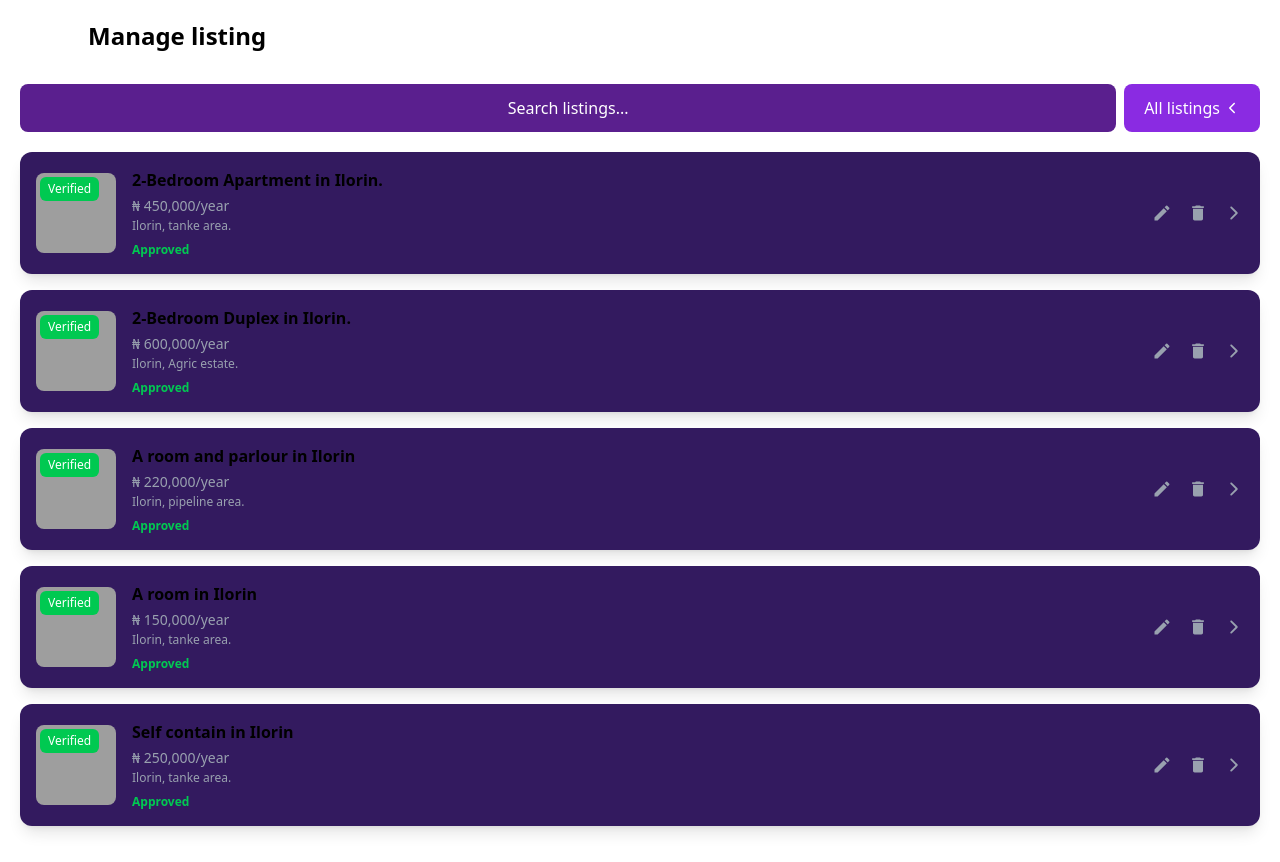
Repository: Em-driod/spotify-clone
Page: /Manage
These files come from the project's save history. The page is drawn as it stood at one moment and after the next save; the edit follows.
The browser window is 1280 px wide. The pictures show the whole page.
Pictures or frames that could not be fetched are drawn as grey boxes. The project was rebuilt for these pictures with package versions that can differ from the ones it lists, and the page was loaded fresh each time. Also part of the build but not shown: vite.config.ts, src/pages/veryify.tsx, src/pages/LandingPage.tsx, src/pages/Back.tsx, src/pages/Change.tsx, src/pages/onboard.tsx, src/pages/Skips.tsx, src/pages/Otp.tsx and 6 more.

Above is the page before, as saved 2025-07-09 16:05:55.

After the next save:
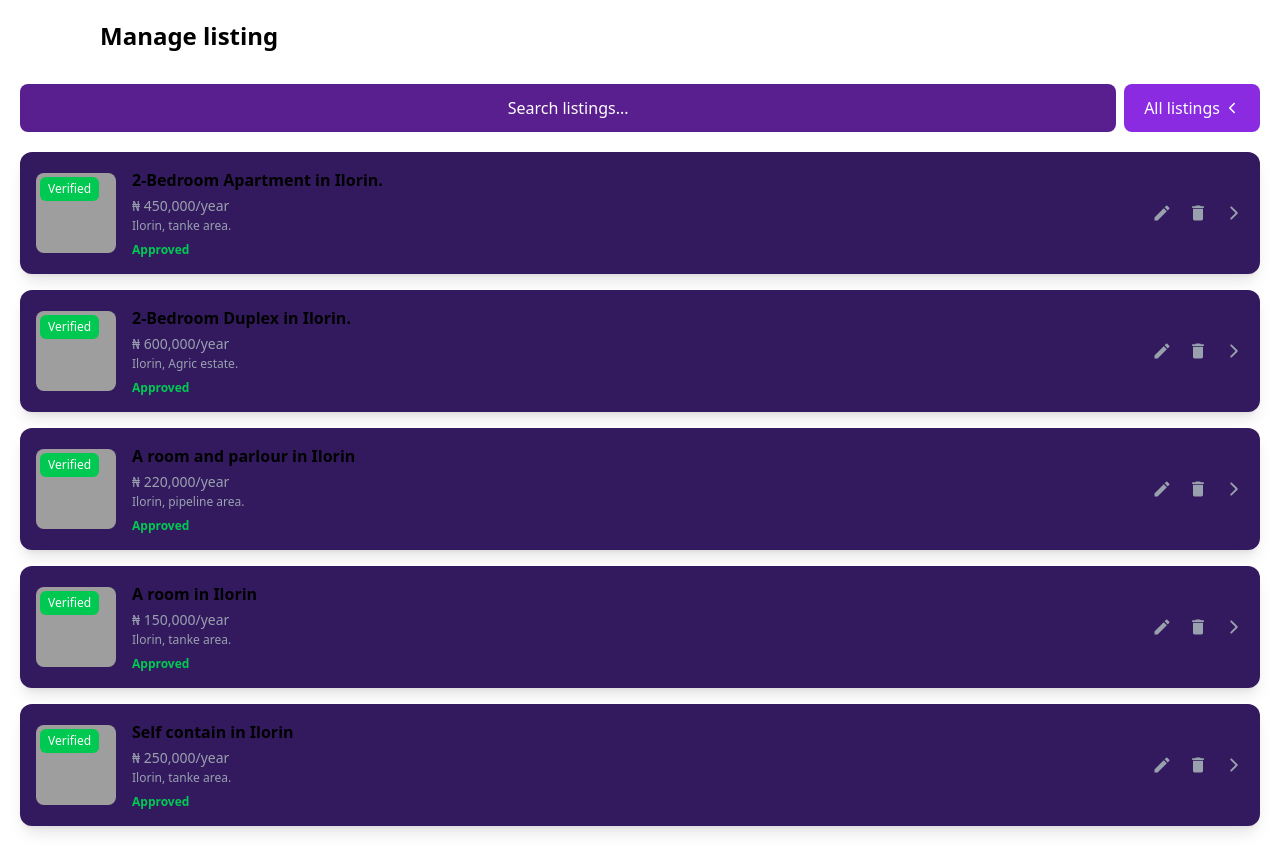
Saved 22 s later.
--- a/src/pages/Manage.tsx
+++ b/src/pages/Manage.tsx
@@ -52,7 +52,7 @@ const Manage = () => {
       {/* Header */}
       <div className="flex items-center mb-8">
         <IoIosArrowBack size={24} className="text-white mr-5 cursor-pointer" />
-        <h1 className="text-2xl font-bold text-center ml-6">Manage listing</h1>
+        <h1 className="text-2xl font-bold text-center ml-9">Manage listing</h1>
       </div>
 
       {/* Search and Filter */}
